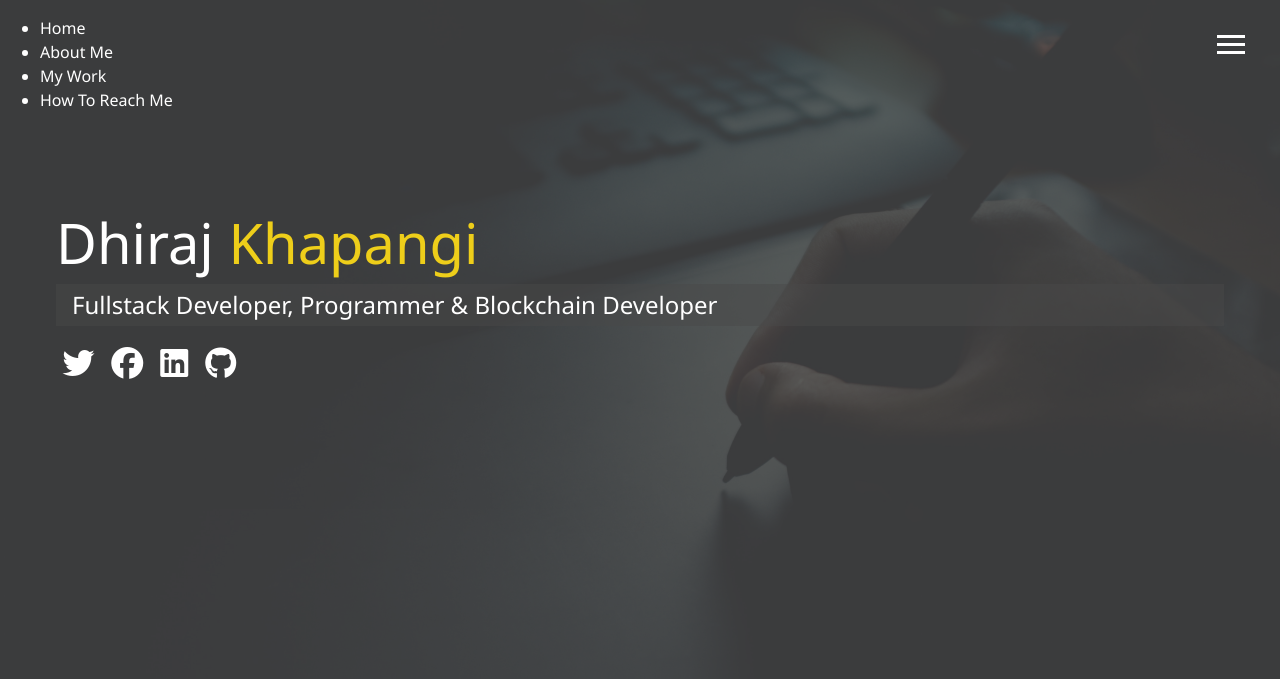
Repository: dhiraj13/modern_portfolio
Page: dist/index.html
The author's editor kept a copy of each file at every save. The page is drawn from the files as they stood at one save, then again after the next save.
The browser window is 1280 px wide. The pictures show the whole page.
Some web libraries are served in a nearby version. The style sheet was rebuilt from its Sass, Less or Tailwind sources for each picture, by a compiler version that may differ from the author's.

Above is the page before, as saved 2020-02-01 19:06:57.

### dist/index.html
<!DOCTYPE html>
<html lang="en">
	<head>
		<meta charset="UTF-8" />
		<meta name="viewport" content="width=device-width, initial-scale=1.0" />
		<meta http-equiv="X-UA-Compatible" content="ie=edge" />
		<link rel="stylesheet" href="css/main.css" />
		<script
			src="https://kit.fontawesome.com/48fd9e03c9.js"
			crossorigin="anonymous"
		></script>
		<title>Welcome To My Portfolio</title>
	</head>
	<body id="bg-img">
		<header>
			<div class="menu-btn">
				<div class="btn-line"></div>
				<div class="btn-line"></div>
				<div class="btn-line"></div>
			</div>

			<nav class="menu">
				<div class="menu-branding">
					<div class="portrait"></div>
				</div>
				<ul class="menu-nav">
					<li class="nav-item">
						<a href="/" class="nav-link">
							Home
						</a>
					</li>
					<li class="nav-item">
						<a href="/about.html" class="nav-link">
							About Me
						</a>
					</li>
					<li class="nav-item">
						<a href="/work.html" class="nav-link">
							My Work
						</a>
					</li>
					<li class="nav-item">
						<a href="/contact.html" class="nav-link">
							How To Reach Me
						</a>
					</li>
				</ul>
			</nav>
		</header>

		<main id="home">
			<h1 class="lg-heading">
				Dhiraj <span class="text-secondary">Khapangi</span>
			</h1>
			<h2 class="sm-heading">
				Fullstack Developer, Programmer & Blockchain Developer
			</h2>
			<div class="icons">
				<a href="#!">
					<i class="fab fa-twitter fa-2x"></i>
				</a>
				<a href="#!">
					<i class="fab fa-facebook fa-2x"></i>
				</a>
				<a href="#!">
					<i class="fab fa-linkedin fa-2x"></i>
				</a>
				<a href="#!">
					<i class="fab fa-github fa-2x"></i>
				</a>
			</div>
		</main>
		<script src="js/main.js"></script>
	</body>
</html>

### dist/js/main.js
// Select DOM Items
const menuBtn = document.querySelector('.menu-btn');
const menu = document.querySelector('.menu');
const menuBranding = document.querySelector('.menu-branding');
const menuNav = document.querySelector('.menu-nav');
const navItems = document.querySelectorAll('.nav-item');

// Set Initial State Of Menu
let showMenu = false;

menuBtn.addEventListener('click', toggleMenu);

function toggleMenu() {
	if (!showMenu) {
		menuBtn.classList.add('close');
		menu.classList.add('show');
		menuBranding.classList.add('show');
		menuNav.classList.add('show');
		navItems.forEach(item => item.classList.add('show'));

		// Set Menu State
		showMenu = true;
	} else {
		menuBtn.classList.remove('close');
		menu.classList.remove('show');
		menuBranding.classList.remove('show');
		menuNav.classList.remove('show');
		navItems.forEach(item => item.classList.remove('show'));

		// Set Menu State
		showMenu = false;
	}
}

### scss/main.scss
@import 'config';
@import 'menu';

* {
	box-sizing: border-box;
}

body {
	@include background;
	background: $primary-color;
	color: #fff;
	height: 100%;
	margin: 0;
	font-family: 'Segoe UI', Tahoma, Geneva, Verdana, sans-serif;
	line-height: 1.5;
}

// Headings
h1,
h2,
h3 {
	margin: 0;
	font-weight: 400;

	&.lg-heading {
		font-size: 3.5rem;
	}

	&.sm-heading {
		margin-bottom: 1.3rem;
		padding: 0.2rem 1rem;
		background: rgba(lighten($primary-color, 2), 0.5);
	}
}

a {
	color: #fff;
	text-decoration: none;
}

header {
	position: fixed;
	z-index: 2;
	width: 100%;
}

.text-secondary {
	color: $secondary-color;
}

main {
	padding: 3.5rem;
	height: 100%;

	.icons {
		margin-top: 1rem;

		a {
			padding: 0.4rem;

			&:hover {
				color: $secondary-color;
				@include easeOut();
			}
		}
	}

	&#home {
		overflow: hidden;
		h1 {
			margin-top: 20vh;
		}
	}
}

### scss/_config.scss
$primary-color: #444;
$secondary-color: #eece1a;
$show-home-image: true;
$home-image: url(../img/background.jpg);
$background-opacity: 0.8;

@mixin easeOut {
	transition: all 0.5s ease-out;
}

@mixin background {
	@if $show-home-image {
		&#bg-img {
			background: $home-image;
			background-attachment: fixed;
			background-size: cover;

			&:after {
				content: '';
				position: absolute;
				top: 0;
				right: 0;
				width: 100%;
				height: 100%;
				z-index: -1;
				background: rgba($primary-color, $background-opacity);
			}
		}
	}
}

### scss/_menu.scss
// Menu Button
.menu-btn {
	position: absolute;
	z-index: 3;
	right: 35px;
	top: 35px;
	cursor: pointer;
	@include easeOut;

	.btn-line {
		width: 28px;
		height: 3px;
		margin: 0 0 5px 0;
		background: #fff;
		@include easeOut;
	}

	// Rotate Into X With Menu Lines
	&.close {
		transform: rotate(180deg);

		.btn-line {
			// Line 1 - Rotate
			&:nth-child(1) {
				transform: rotate(45deg) translate(5px, 5px);
				background: $secondary-color;
			}

			// Line 2 - Hide
			&:nth-child(2) {
				opacity: 0;
			}

			// Line 3 - Rotate
			&:nth-child(3) {
				transform: rotate(-45deg) translate(7px, -6px);
				background: $secondary-color;
			}
		}
	}
}

After the next save:
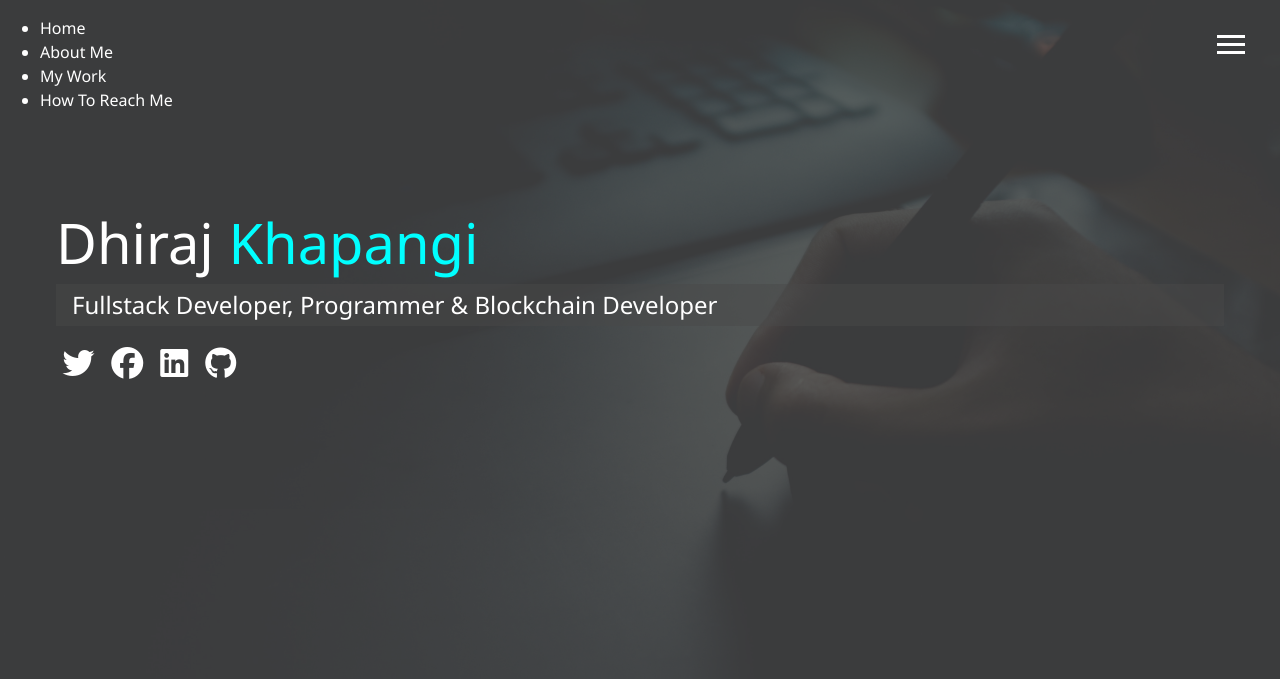
Saved 5 min 25 s later.
--- a/scss/_config.scss
+++ b/scss/_config.scss
@@ -1,5 +1,5 @@
 $primary-color: #444;
-$secondary-color: #eece1a;
+$secondary-color: #0ff;
 $show-home-image: true;
 $home-image: url(../img/background.jpg);
 $background-opacity: 0.8;
